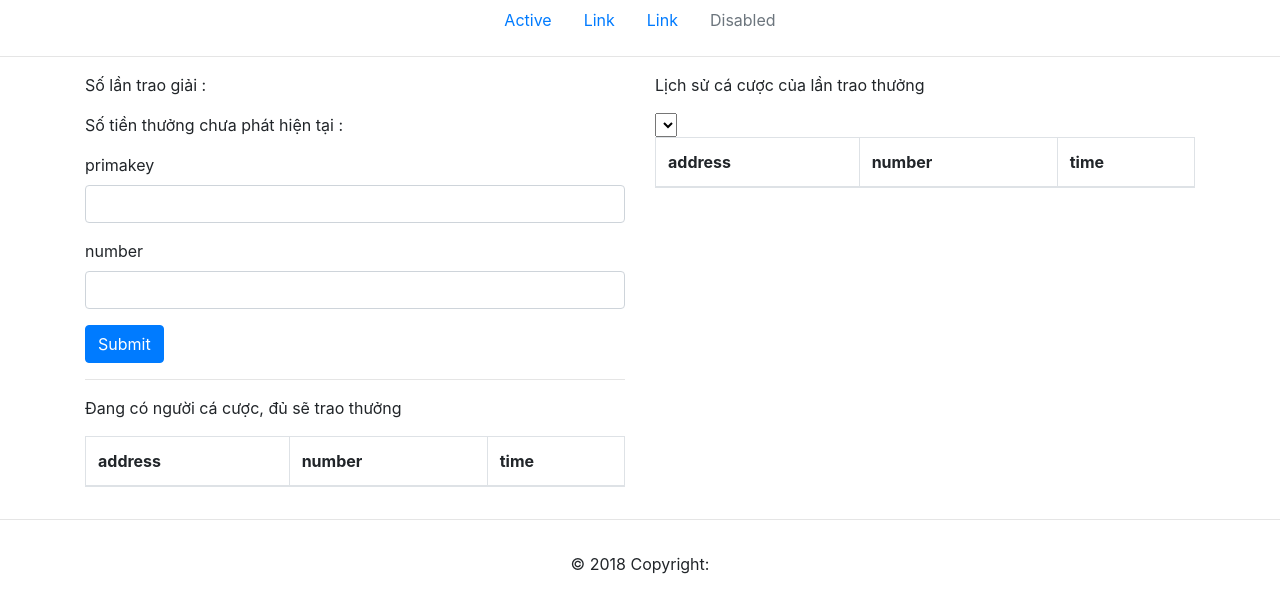
Repository: tienvins/vinsofts-blockchain-training-Oct2018
Page: views/home/index.ejs
These files come from the project's save history. The page is drawn as it stood at one moment and after the next save; the edit follows.
The browser window is 1280 px wide. The pictures show the whole page.
The page is served by the project's Node server (index.js). Other server files are loaded and not shown. The template is opened directly, without the code that normally fills it, so the values that code supplies are empty.

Above is the page before, as saved 2018-11-06 14:29:14.

### tunglt/dappbetting/views/home/index.ejs
<% include ../layouts/header.ejs %>
<!-- Header End -->
<hr>
<div class="container">
  <div class="row">
    <div class="col-md-6">
      <p>Số lần trao giải :
        <%=sovongdaquaythuong%>
      </p>
      <p>Số tiền thưởng chưa phát hiện tại :
        <%=sotiendangcon%>
      </p>
      <form method="POST" action="transfer">
        <div class="form-group">
          <label>primakey</label>
          <input type="text" class="form-control" name="privatekey">
        </div>
        <div class="form-group">
          <label>number</label>
          <input type="number" class="form-control" name="money">
        </div>
        <button type="submit" class="btn btn-primary">Submit</button>
      </form>
      <hr>

      <p>Đang có
        <%=songchoi%> người cá cược, đủ
        <%=songsetraothuong%> sẽ trao thưởng</p>
      <table class="table table-bordered">
        <thead>
          <tr>
            <th>address</th>
            <th>number</th>
            <th>time</th>
          </tr>
        </thead>
        <tbody>
          <% historys.forEach(function(history){ var id = 0; %>
          <tr>
            <td>
              <%=history[0]%>
            </td>
            <td>
              <%=history[1]%>
            </td>
            <td>
              <%=history[2]%>
            </td>
          </tr>
          <% })%>
        </tbody>
      </table>
    </div>
    <div class="col-md-6">
      <p>Lịch sử cá cược của lần trao thưởng
        <%=sovongdaquaythuong%>

      </p>
      <form method="POST">
        <select name="sovongdaquaythuong" onchange="this.form.submit()">
          <% for(var i=0; i<sovongdaquaythuong; i++) {%>
          <option value="<%=i%>"  <%=(req.body.sovongdaquaythuong==i)?'selected':''%>>
            <%=i+1%>
          </option>
          <% } %>
        </select>
      </form>
      <table class="table table-bordered">
        <thead>
          <tr>
            <th>address</th>
            <th>number</th>
            <th>time</th>
          </tr>
        </thead>
        <tbody>
          <% historys2.forEach(function(history){ var id = 0; %>
          <tr>
            <td>
              <%=history[0]%>
            </td>
            <td>
              <%=history[1]%>
            </td>
            <td>
              <%=history[2]%>
            </td>
          </tr>
          <% })%>
        </tbody>
      </table>
    </div>
  </div>
</div>
<hr>
<!-- Footer -->
<% include ../layouts/footer.ejs %>

### tunglt/dappbetting/views/layouts/header.ejs
<!DOCTYPE html>
<html lang="en">
<head>
<meta charset="utf-8">
<title>SimpleOne - A Responsive Html5 Ecommerce Template</title>
<meta name="viewport" content="width=device-width, initial-scale=1.0">
<meta name="description" content="">
<meta name="author" content="">
<link rel="stylesheet" href="https://stackpath.bootstrapcdn.com/bootstrap/4.1.3/css/bootstrap.min.css" integrity="sha384-MCw98/SFnGE8fJT3GXwEOngsV7Zt27NXFoaoApmYm81iuXoPkFOJwJ8ERdknLPMO" crossorigin="anonymous">

<!-- HTML5 shim, for IE6-8 support of HTML5 elements -->
<!--[if lt IE 9]>
      <script src="http://html5shim.googlecode.com/svn/trunk/html5.js"></script>
    <![endif]-->
<!-- fav -->
<link rel="shortcut icon" href="assets/ico/favicon.html">
</head>
<body>
<!-- Header Start -->
<ul class="nav justify-content-center">
  <li class="nav-item">
    <a class="nav-link active" href="#">Active</a>
  </li>
  <li class="nav-item">
    <a class="nav-link" href="#">Link</a>
  </li>
  <li class="nav-item">
    <a class="nav-link" href="#">Link</a>
  </li>
  <li class="nav-item">
    <a class="nav-link disabled" href="#">Disabled</a>
  </li>
</ul>

### tunglt/dappbetting/views/layouts/footer.ejs
<!-- Footer -->
<footer class="page-footer font-small blue">

  <!-- Copyright -->
  <div class="footer-copyright text-center py-3">© 2018 Copyright:
  </div>
  <!-- Copyright -->

</footer>
<!-- Footer -->
<!-- javascript
    ================================================== -->
<!-- Placed at the end of the document so the pages load faster -->
<script src="https://cdnjs.cloudflare.com/ajax/libs/jquery/3.3.1/jquery.min.js"></script>

<script src="https://code.jquery.com/jquery-3.3.1.slim.min.js" integrity="sha384-q8i/X+965DzO0rT7abK41JStQIAqVgRVzpbzo5smXKp4YfRvH+8abtTE1Pi6jizo" crossorigin="anonymous"></script>
<script src="https://cdnjs.cloudflare.com/ajax/libs/popper.js/1.14.3/umd/popper.min.js" integrity="sha384-ZMP7rVo3mIykV+2+9J3UJ46jBk0WLaUAdn689aCwoqbBJiSnjAK/l8WvCWPIPm49" crossorigin="anonymous"></script>
<script src="https://stackpath.bootstrapcdn.com/bootstrap/4.1.3/js/bootstrap.min.js" integrity="sha384-ChfqqxuZUCnJSK3+MXmPNIyE6ZbWh2IMqE241rYiqJxyMiZ6OW/JmZQ5stwEULTy" crossorigin="anonymous"></script>
</body>
</html>

### tunglt/dappbetting/index.js
const express  = require('express');
var path       = require('path');
const app      = express();
const bodyParser = require('body-parser');
app.use(bodyParser.urlencoded({ extended: false }));


app.listen(3000, () => console.log('Example app listening on port 3000!'))

app.use(express.static(path.join(__dirname, 'public')));
app.set('views', path.join(__dirname, 'views'));
app.set('view engine', 'ejs');

var index = require('./routes/index');
app.use('/',index);

After the next save:
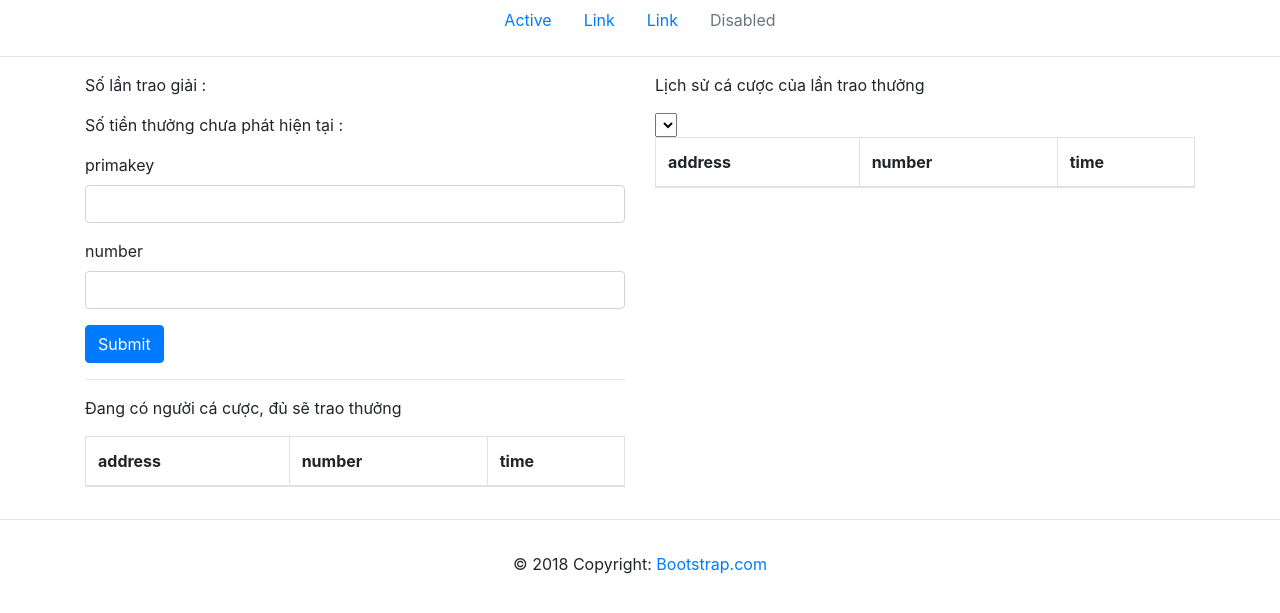
Saved 14 s later.
--- a/tunglt/dappbetting/views/layouts/footer.ejs
+++ b/tunglt/dappbetting/views/layouts/footer.ejs
@@ -3,6 +3,7 @@
 
   <!-- Copyright -->
   <div class="footer-copyright text-center py-3">© 2018 Copyright:
+    <a href=""> Bootstrap.com</a>
   </div>
   <!-- Copyright -->
 
